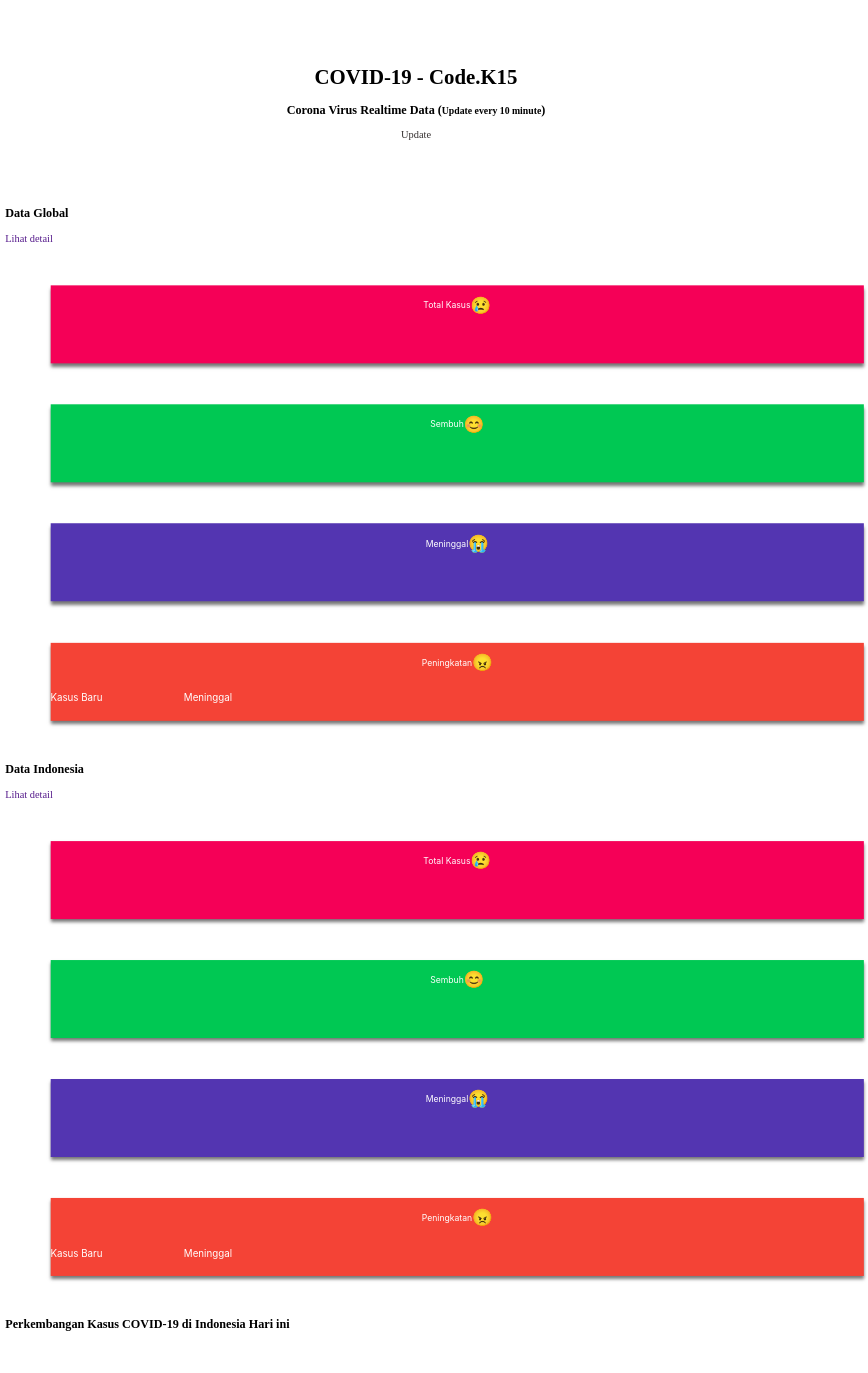
Repository: fathur15/covid19-monitoring
Page: http://localhost/covid19/apps/views/data/main/dashboard.php
These files come from the project's save history. The page is drawn as it stood at one moment and after the next save; the edit follows.
The browser window is 1280 px wide. The page is 1335 px wide, so the pictures cover 1335 px, including what lies to the right of the window. The pictures show the whole page, at 65% of full size.
The page is run by PHP 8.4 with error messages shown; the project is at /var/www/html/.

Above is the page before, as saved 2020-04-14 14:05:20.

After the next save:
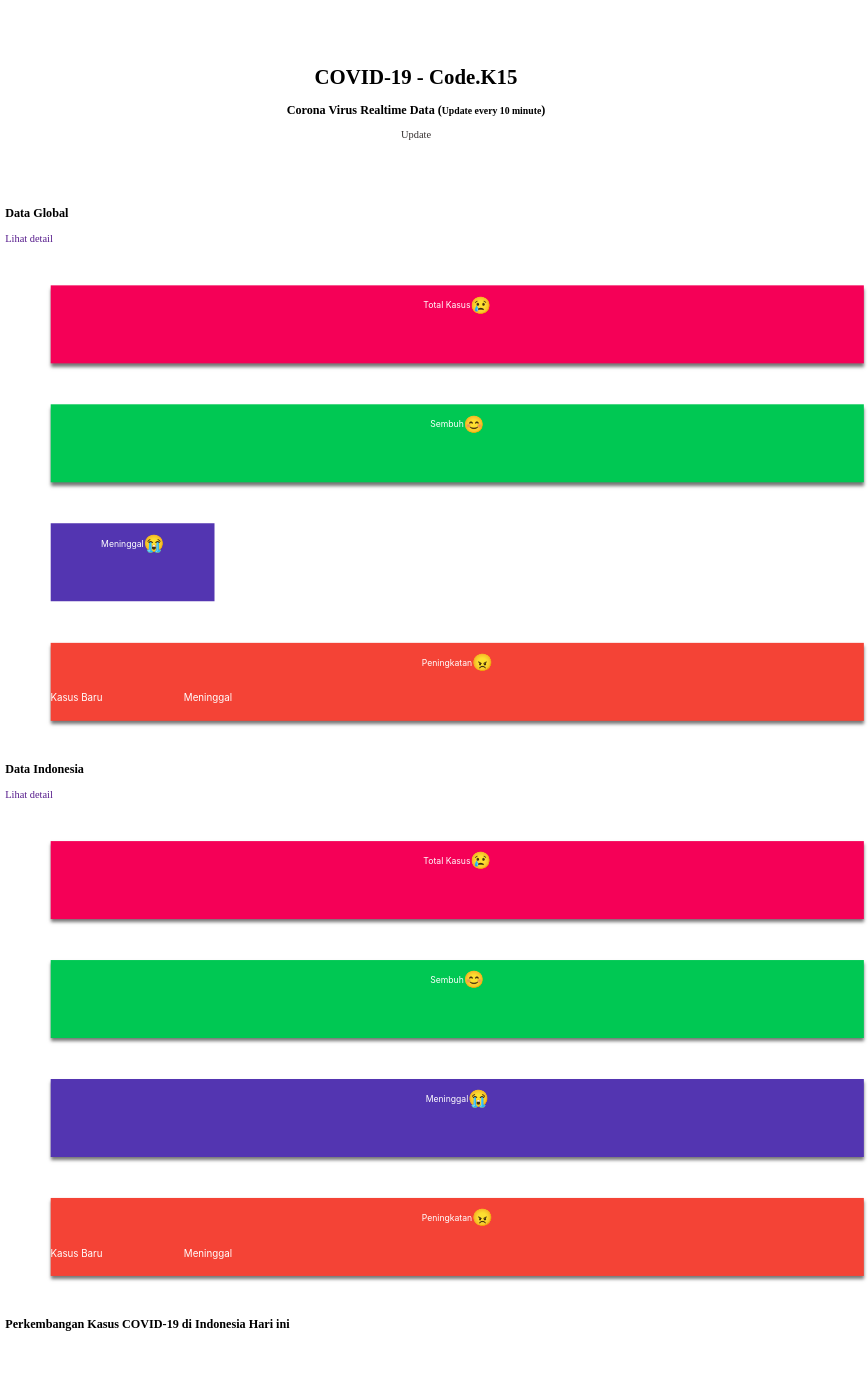
Saved 41 s later.
--- a/apps/views/data/main/dashboard.php
+++ b/apps/views/data/main/dashboard.php
@@ -64,7 +64,7 @@
                                 <!-- <p style="">Orang</p> -->
                             </div>
                         </div>
-                        <div class="card col-sm-2 shadow-box" style="margin:5% 0.5%; height: 120px;align-items: center;  background :#5335b1">
+                        <div class="card hadow-box" style="margin:5% 0.5%; width:20% ; height: 120px;align-items: center;  background :#5335b1">
                             <div class="card-body">
                                 <div style="flex-direction: row; display: flex; justify-content: center; align-items: center;">
                                     <h5 id="title-kasus-global" class="card-text">Meninggal</h5>
